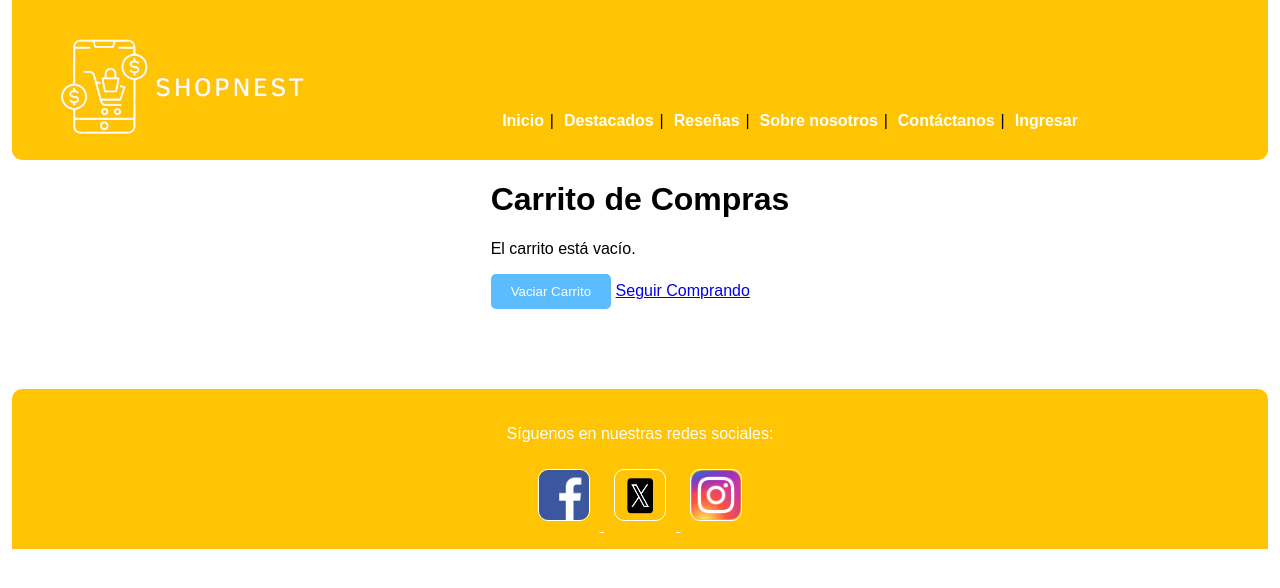
Repository: Regmalek07/ProyectoU
Page: carrito.html
An editor plug-in stored every save of this project. The page is shown before and after the next save, followed by the edit.
The browser window is 1280 px wide. The pictures show the whole page.

Above is the page before, as saved 2024-04-30 01:36:12.

### carrito.html
<!DOCTYPE html>
<html lang="es">
<head>
    <meta charset="UTF-8">
    <meta name="viewport" content="width=device-width, initial-scale=1.0">
    <title>Carrito de Compras</title>
    <link rel="stylesheet" href="styles/styles1.css">
</head>
<body>
    <header>
        <div class="logo">
            <a href="home.html">
                <img src="images/Logo_1.png" alt="LogoShop">
            </a>
        </div>
            <nav class="menu-container">
                <ul>
                    <li><a href="home.html">Inicio</a><span>|</span></li>
                    <li><a href="destacado.html">Destacados</a><span>|</span></li>
                    <li><a href="resena.html">Reseñas</a><span>|</span></li>
                    <li><a href="sobre_nosotros.html">Sobre nosotros</a><span>|</span></li>
                    <li><a href="contacto.html">Contáctanos</a><span>|</span></li>
                    <li id="btIngresar" class="menu"> <!-- Cambia la clase a "menu" -->
                        <a>Ingresar</a>
                        <ul>
                            <li><a href="inicio_sesion.html">Iniciar Sesion</a></li>
                            <li><a href="registro.html">Regístrate</a></li>
                        </ul>
                    </li>
                </ul>
            </nav>
        <nav>
            <button id="logout-button" onclick="logout()" style="display: none;">Cerrar sesión</button>
        </nav>
    </header>

    <main>
        <h1>Carrito de Compras</h1>
        <div id="carrito-container">
            <!-- Aquí se mostrarán los artículos del carrito -->
        </div>
        <button onclick="vaciarCarrito()">Vaciar Carrito</button>
        <a href="home.html">Seguir Comprando</a>
    </main>

    <footer>
        <p>Síguenos en nuestras redes sociales:</p>
        <div>
            <a href="https://www.facebook.com/tu_pagina" target="_blank">
                <img src="images/faceLogo.png" alt="Facebook" class="redes">
            </a>
            <a href="https://twitter.com/tu_pagina" target="_blank">
                <img src="images/xLogo.png" alt="Twitter" class="redes">
            </a>
            <a href="https://www.instagram.com/tu_pagina" target="_blank">
                <img src="images/instaLogo.png" alt="Instagram" class="redes">
            </a>
        </div>
    </footer>

    <script src="carrito.js"></script>
    <script src="localsesion.js"></script>
</body>
</html>

### styles/styles1.css
/* Estilos generales */
body {
    font-family: Arial, sans-serif;
    margin: 0;
    padding: 0;
    display: flex;
    flex-direction: column;
    align-items: center;
}

header {
    background-color: #ffc403;
    padding: 20px;
    display: flex;
    justify-content: space-between;
    align-items: center;
    max-height: 120px;
    width: 95%;
    border-bottom-left-radius: 10px;
    border-bottom-right-radius: 10px;
}

footer {
    background-color: #ffc403;
    margin-top: 80px;
    padding: 20px;
    text-align: center;
    max-height: 120px;
    width: 95%;
    border-top-left-radius: 10px;
    border-top-right-radius: 10px;
}

footer a, footer p {
    color: #fff;
}

.logo img {
    width: 300px;
}

.catalogo {
    text-align: center;
    padding: 20px;
}

.productos {
    display: flex;
    justify-content: center;
    flex-wrap: wrap;
    gap: 20px;
    height: 550px;
}

.producto {
    margin: 20px;
    padding: 20px;
    border: 1px solid #ccc;
    border-radius: 10px;
    width: 250px;
}

.producto img {
    width: 100%;
    height: 50%;
    border-radius: 10px;
}

.producto h2 {
    margin-top: 10px;
}

.producto p {
    margin-top: 10px;
}

button {
    background-color: #5BBCFF;
    color: #fff;
    padding: 10px 20px;
    border: none;
    border-radius: 5px;
    cursor: pointer;
}

.menu-container {
    background-color: #ffc403; /* Color del encabezado */
    padding: 10px 0; /* Agrega un poco de espacio alrededor del menú */
    padding: 10px;
    border-left: 2px;
    border-right: 2px;
    border-bottom: 2px;
    border-bottom-left-radius: 5px;
    border-bottom-right-radius: 5px;
}

nav {
    margin-top: auto;

}

nav ul {
    list-style-type: none;
    margin: 0;
    padding: 0;
    display: flex;
    justify-content: center;
}

nav li {
    margin-right: 20px;
    position: relative;
}

nav li:last-child {
    margin-right: 0;
}

nav span {
    position: absolute;
    top: 50%;
    right: -10px;
    transform: translateY(-50%);
}

nav a {
    text-decoration: none;
    color: #fff;
    font-weight: bold;
}

nav a:hover {
    color: #105;
}

.menu {
    position: relative;
    text-align: center;
}

.menu ul {
    list-style-type: none;
    padding: 0;
    margin: 0;
    display: none; /* Oculta las opciones por defecto */
    position: absolute;
    left: 0;
    width: 150px;
    background-color: #ffc403; /* Color de fondo */
    border-radius: 5px; /* Redondea las esquinas */
}

.menu:hover ul {
    display: block; /* Muestra las opciones al pasar el ratón */
}

.menu ul li:first-child {
    border-top: none; /* Elimina el borde superior del primer elemento */
}

.menu ul li a {
    display: block;
    text-decoration: none;
    color: #fff; /* Color del texto */
    padding: 10px; /* Añade un relleno */
    width: 150px;
}

.menu ul li a:hover {
    color: #000; /* Cambia el color del texto al pasar el ratón */
}

.redes {
    margin: 10px;
    width: 50px;
    height: 50px;
    border: 1px solid #fff;
    border-radius: 10px;
}

### carrito.js
// Obtener el contenedor del carrito
var carritoContainer = document.getElementById("carrito-container");

// Función para mostrar los artículos del carrito
function mostrarCarrito() {
    // Obtener los datos del carrito del almacenamiento local
    var carrito = JSON.parse(localStorage.getItem("carrito")) || [];

    // Limpiar el contenido del contenedor del carrito
    carritoContainer.innerHTML = "";

    // Verificar si el carrito está vacío
    if (carrito.length === 0) {
        carritoContainer.innerHTML = "<p>El carrito está vacío.</p>";
    } else {
        // Recorrer cada artículo en el carrito
        carrito.forEach(function (producto) {
            // Crear elementos HTML para mostrar la información del producto
            var productoDiv = document.createElement("div");
            productoDiv.classList.add("producto-carrito");
            productoDiv.innerHTML = `
                <img src="images/${producto.imagen}" alt="${producto.nombre}">
                <h2>${producto.nombre}</h2>
                <p>${producto.descripcion}</p>
                <h3>${producto.precio}</h3>
                <button onclick="eliminarDelCarrito('${producto.id}')">Eliminar del carrito</button>
            `;

            // Agregar el producto al contenedor del carrito
            carritoContainer.appendChild(productoDiv);
        });
    }
}

// Función para eliminar un artículo del carrito
function eliminarDelCarrito(idProducto) {
    // Obtener el carrito del almacenamiento local
    var carrito = JSON.parse(localStorage.getItem("carrito")) || [];

    // Filtrar el carrito para excluir el producto con el ID dado
    var nuevoCarrito = carrito.filter(function (producto) {
        return producto.id !== idProducto;
    });

    // Guardar el nuevo carrito en el almacenamiento local
    localStorage.setItem("carrito", JSON.stringify(nuevoCarrito));

    // Actualizar la visualización del carrito
    mostrarCarrito();
}

// Llamar a la función mostrarCarrito cuando la página se cargue
document.addEventListener("DOMContentLoaded", mostrarCarrito);

### localsesion.js
// Función para cerrar sesión
function logout() {
    // Eliminar el estado de autenticación del almacenamiento local
    localStorage.removeItem("authenticated");
    // Redirigir al usuario al inicio de sesión
    window.location.href = "inicio_sesion.html";
}
document.addEventListener("DOMContentLoaded", function() {
    // Verificar el estado de autenticación al cargar la página
    var isAuthenticated = localStorage.getItem("authenticated");

    if (isAuthenticated) {
        // Si el usuario está autenticado, mostrar el botón de cierre de sesión
        document.getElementById("logout-button").style.display = "block";
    } else {
        // Si el usuario no está autenticado, ocultar el botón de cierre de sesión
        document.getElementById("logout-button").style.display = "none";
    }

    var btnIngresar = document.getElementById("btIngresar");

    if (isAuthenticated) {
        // Si el usuario está autenticado, ocultar el botón de Ingresar
        btIngresar.style.display = "none";
    } else {
        // Si el usuario no está autenticado, mostrar el botón de Ingresar
        btIngresar.style.display = "block";
    }
});

After the next save:
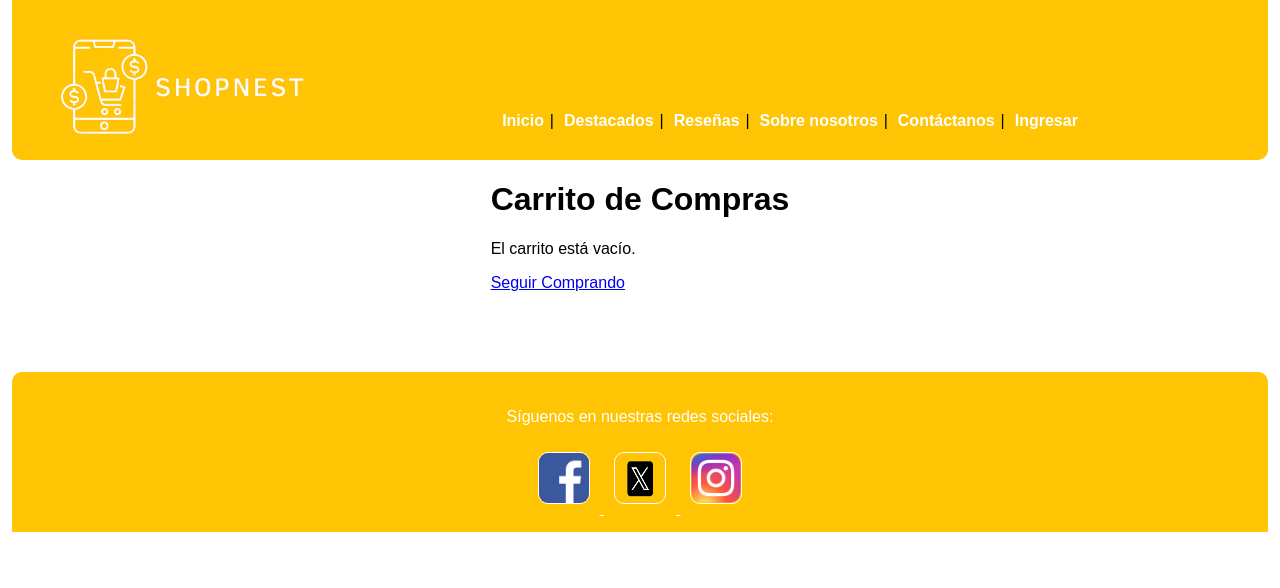
Saved 3 min 6 s later.
--- a/carrito.html
+++ b/carrito.html
@@ -39,7 +39,6 @@
         <div id="carrito-container">
             <!-- Aquí se mostrarán los artículos del carrito -->
         </div>
-        <button onclick="vaciarCarrito()">Vaciar Carrito</button>
         <a href="home.html">Seguir Comprando</a>
     </main>
 
